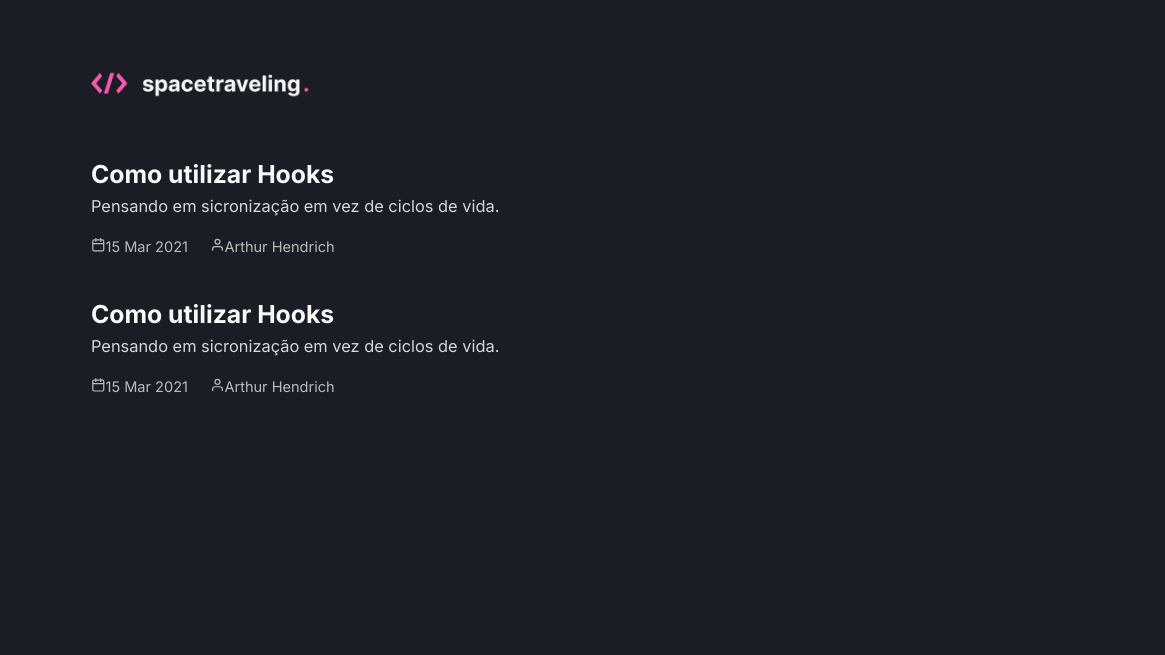
Repository: ArthurHendrich/Ignite-NextJS
Page: /
These files come from the project's save history. The page is drawn as it stood at one moment and after the next save; the edit follows.
The browser window is 1280 px wide. The pictures show the whole page, at 91% of full size.
The project was rebuilt for these pictures with package versions that can differ from the ones it lists, and the page was loaded fresh each time. The framework's server and built-in components were replaced by stand-ins that run in the browser.

Above is the page before, as saved 2022-07-09 15:46:04.

After the next save:
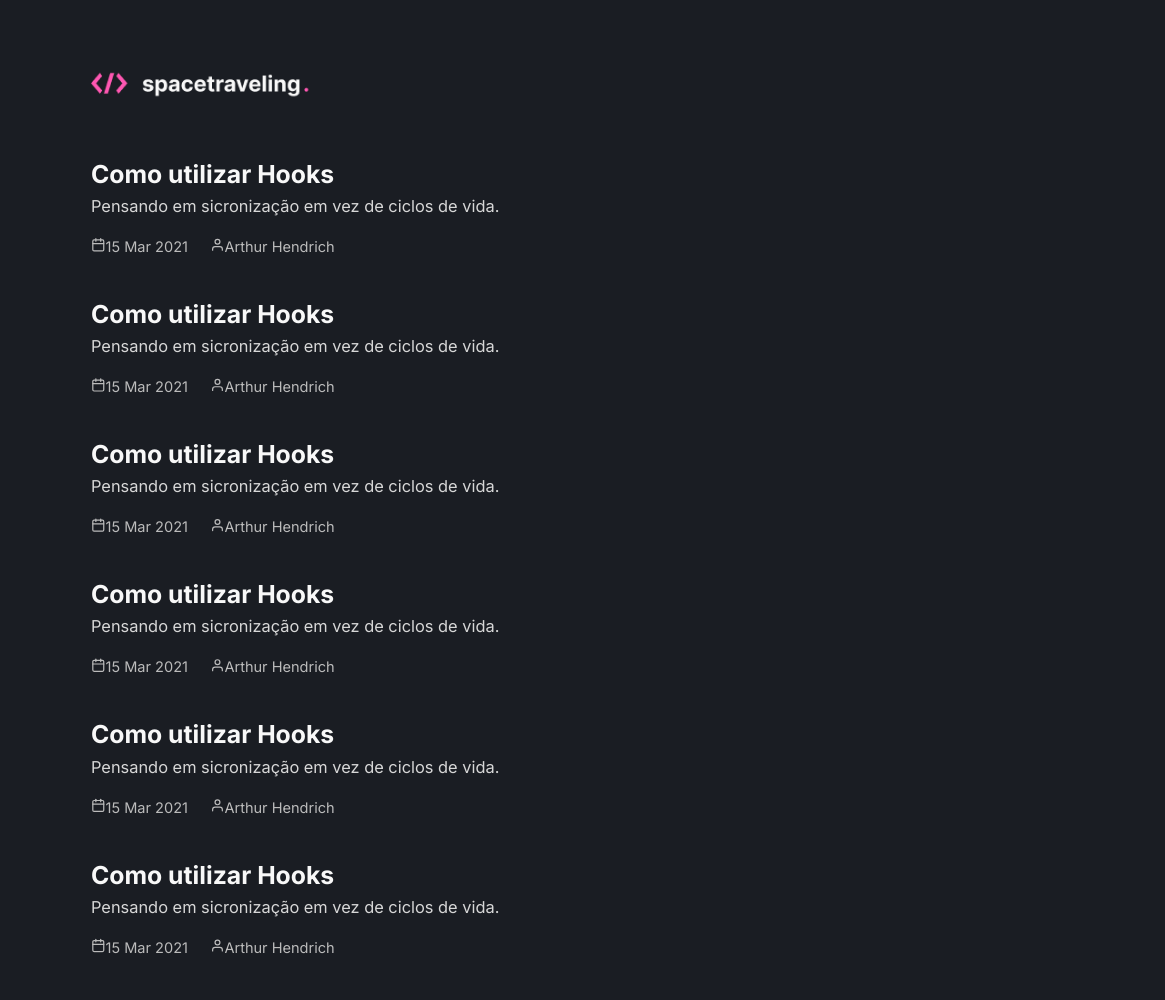
Saved 18 s later.
--- a/src/pages/index.tsx
+++ b/src/pages/index.tsx
@@ -41,7 +41,55 @@ export default function Home() {
             <span>Arthur Hendrich</span>
           </div>
         </div>
-                <h1>Como utilizar Hooks</h1>
+        <h1>Como utilizar Hooks</h1>
+        <p>Pensando em sicronização em vez de ciclos de vida.</p>
+        <div className={styles.ContentInfo}>
+          <div className={styles.Date}>
+            <FiCalendar />
+            <span>15 Mar 2021</span>
+          </div>
+          <div className={styles.Author}>
+            <FiUser />
+            <span>Arthur Hendrich</span>
+          </div>
+        </div>
+        <h1>Como utilizar Hooks</h1>
+        <p>Pensando em sicronização em vez de ciclos de vida.</p>
+        <div className={styles.ContentInfo}>
+          <div className={styles.Date}>
+            <FiCalendar />
+            <span>15 Mar 2021</span>
+          </div>
+          <div className={styles.Author}>
+            <FiUser />
+            <span>Arthur Hendrich</span>
+          </div>
+        </div>
+        <h1>Como utilizar Hooks</h1>
+        <p>Pensando em sicronização em vez de ciclos de vida.</p>
+        <div className={styles.ContentInfo}>
+          <div className={styles.Date}>
+            <FiCalendar />
+            <span>15 Mar 2021</span>
+          </div>
+          <div className={styles.Author}>
+            <FiUser />
+            <span>Arthur Hendrich</span>
+          </div>
+        </div>
+        <h1>Como utilizar Hooks</h1>
+        <p>Pensando em sicronização em vez de ciclos de vida.</p>
+        <div className={styles.ContentInfo}>
+          <div className={styles.Date}>
+            <FiCalendar />
+            <span>15 Mar 2021</span>
+          </div>
+          <div className={styles.Author}>
+            <FiUser />
+            <span>Arthur Hendrich</span>
+          </div>
+        </div>
+        <h1>Como utilizar Hooks</h1>
         <p>Pensando em sicronização em vez de ciclos de vida.</p>
         <div className={styles.ContentInfo}>
           <div className={styles.Date}>
